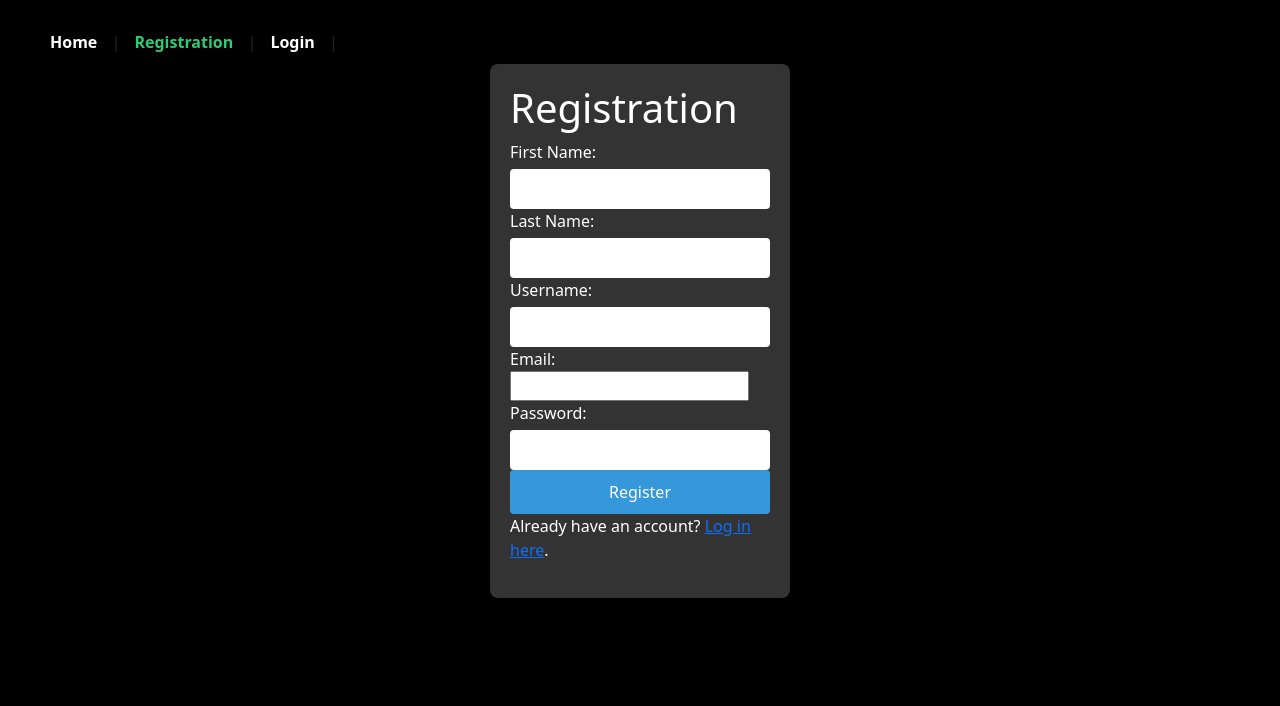
Repository: ag1372/RutgersHealthHackathon
Page: /registration (app in ruhealthhack/)
These files come from the project's save history. The page is drawn as it stood at one moment and after the next save; the edit follows.
The browser window is 1280 px wide. The pictures show the whole page.
The project was rebuilt for these pictures with package versions that can differ from the ones it lists, and the page was loaded fresh each time. Also part of the build but not shown: ruhealthhack/vue.config.js, ruhealthhack/views/Home.vue, ruhealthhack/views/Login.vue.

Above is the page before, as saved 2023-11-04 17:30:01.

### ruhealthhack/public/index.html
<!DOCTYPE html>
<html lang="">
  <head>
    <meta charset="utf-8">
    <meta http-equiv="X-UA-Compatible" content="IE=edge">
    <meta name="viewport" content="width=device-width,initial-scale=1.0">
    <!-- <link rel="stylesheet" href="/styles.css"> -->
  </head>
  <body>
    <div id="app"></div>
  </body>
</html>

### ruhealthhack/src/main.js
import { createApp } from 'vue';
import App from './App.vue';
import router from './router';
import '/stylesheets/styles.css';
import 'bootstrap/dist/css/bootstrap.min.css';
import 'bootstrap';


const app = createApp(App);
app.use(router);
app.mount('#app');

### ruhealthhack/src/App.vue
<template>

  <nav>
      <router-link to="/"> Home </router-link> |
      <router-link to="/registration">Registration</router-link> |
      <router-link to="/login">Login</router-link> |
  </nav>
    <router-view></router-view>
</template>

<script>

</script>

### ruhealthhack/src/router/index.js
// src/router/index.js
import { createRouter, createWebHistory } from 'vue-router';
import Home from '/views/Home.vue';
import Login from '/views/Login.vue';
import Registration from '/views/Registration.vue';

// Create a new router instance with our route definitions
const router = createRouter({
  history: createWebHistory(), // Use the history mode to avoid hashes in URLs
  routes: [
    {
      path: '/',
      name: 'Home',
      component: Home,
    },
    {
      path: '/login',
      name: 'Login',
      component: Login,
    },
    {
      path: '/registration',
      name: 'Registration',
      component: Registration,
    },
    // Add more routes as needed
  ],
});

export default router;

### ruhealthhack/stylesheets/styles.css
/* styles.css */
body {
    margin: 0;
    font-family: 'Helvetica Neue', Helvetica, Arial, sans-serif;
    color: white;
  }

  #app {
    text-align: left;
    padding: 20px;
    min-height: 100vh; /* This ensures that the app element covers the whole viewport height */
    background-color: #000;

  }

  nav {
    background-color: #000;
    padding: 10px 20px;
  }

  nav a {
    color: white;
    text-decoration: none;
    margin: 0 10px;
    font-weight: bold;
  }

  nav a:hover {
    color: #3498db;
  }

  nav a.router-link-exact-active {
    color: #2ecc71;
  }

### ruhealthhack/views/Registration.vue
<template>
    <div class="registration-container">
      <h1>Registration</h1>
      <form @submit.prevent="submitRegistration">
        <div>
          <label for="firstName">First Name:</label>
          <input id="firstName" class="registration-input" type="text" required>
        </div>
        <div>
          <label for="lastName">Last Name:</label>
          <input id="lastName" class="registration-input" type="text" required>
        </div>
        <div>
          <label for="username">Username:</label>
          <input id="username" class="registration-input" type="text" required>
        </div>
        <div>
          <label for="email">Email:</label>
          <input id="email" class="registration-input" type="email" required>
        </div>
        <div>
          <label for="password">Password:</label>
          <input id="password" class="registration-input" type="password" required>
        </div>
        <button type="submit" class="registration-button">Register</button>
      </form>
      <p>Already have an account? <router-link to="/login">Log in here</router-link>.</p>
    </div>
  </template>

  <script>
  export default {
    name: 'HomeRegistration',
    methods: {
      submitRegistration() {
        // Logic to handle registration
        console.log('Registration form submitted');
      }
    }
  }
  </script>

  <style scoped>
  @import '/stylesheets/RegistrationStyles.css';
  </style>

### ruhealthhack/stylesheets/RegistrationStyles.css
.registration-container {
    max-width: 300px;
    margin: auto;
    padding: 20px;
    background-color: #333;
    color: white;
    border-radius: 8px;
    box-shadow: 0 2px 10px rgba(0, 0, 0, 0.3);
  }

  .form-group {
    margin-bottom: 15px;
  }

  label {
    display: block;
  }

  input[type="text"],
  input[type="password"] {
    width: 100%;
    padding: 8px;
    margin-top: 5px;
    border-radius: 4px;
    border: none;
  }

  button {
    width: 100%;
    padding: 10px;
    border: none;
    border-radius: 4px;
    background-color: #3498db;
    color: white;
    cursor: pointer;
  }

  button:hover {
    background-color: #2980b9;
  }
  .router-link {
  color: #3498db;
  text-decoration: none;
}

.router-link:hover {
  text-decoration: underline;
}

After the next save:
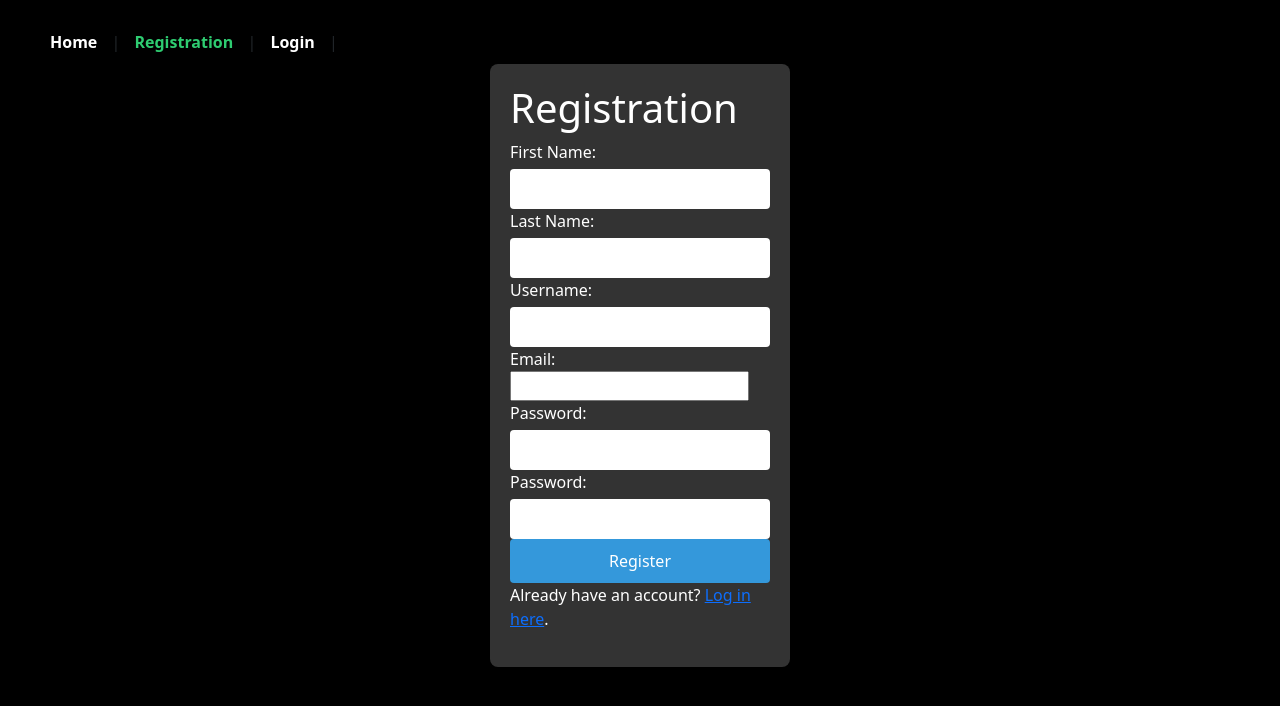
Saved 41 s later.
--- a/ruhealthhack/views/Registration.vue
+++ b/ruhealthhack/views/Registration.vue
@@ -17,6 +17,10 @@
         <div>
           <label for="email">Email:</label>
           <input id="email" class="registration-input" type="email" required>
+        </div>
+        <div>
+          <label for="password">Password:</label>
+          <input id="password" class="registration-input" type="password" required>
         </div>
         <div>
           <label for="password">Password:</label>
